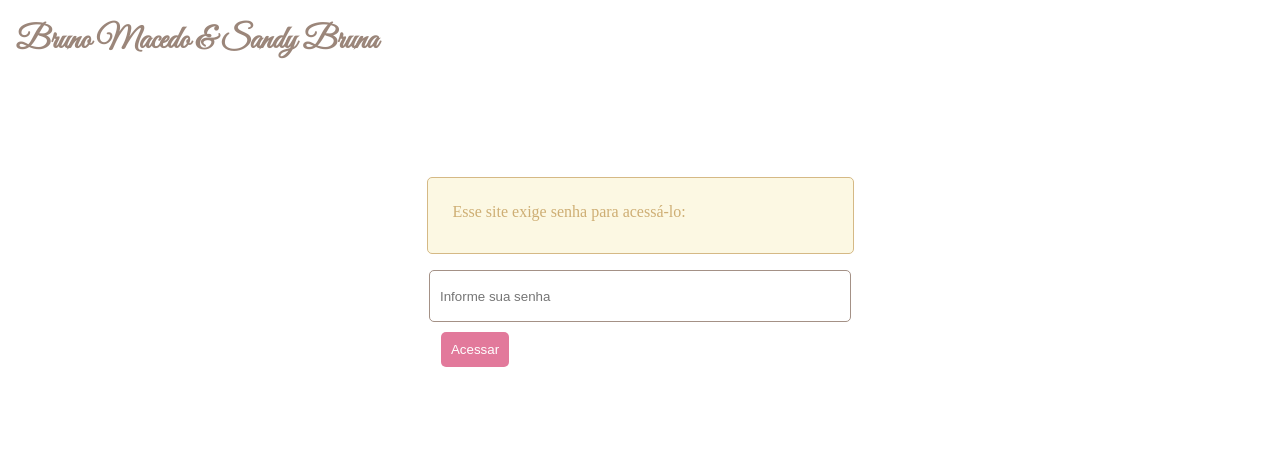
Repository: FerrazNathan/projetoBruno
Page: /login (app in projeto-bruno/)
The author's editor kept a copy of each file at every save. The page is drawn from the files as they stood at one save, then again after the next save.
The browser window is 1280 px wide. The pictures show the whole page.
Some web fonts or font styles are not loaded; a fallback is used. The project was rebuilt for these pictures with package versions that can differ from the ones it lists, and the page was loaded fresh each time. The framework's server and built-in components were replaced by stand-ins that run in the browser. Also part of the build but not shown: projeto-bruno/next.config.js.

Above is the page before, as saved 2022-03-16 12:43:07.

After the next save:
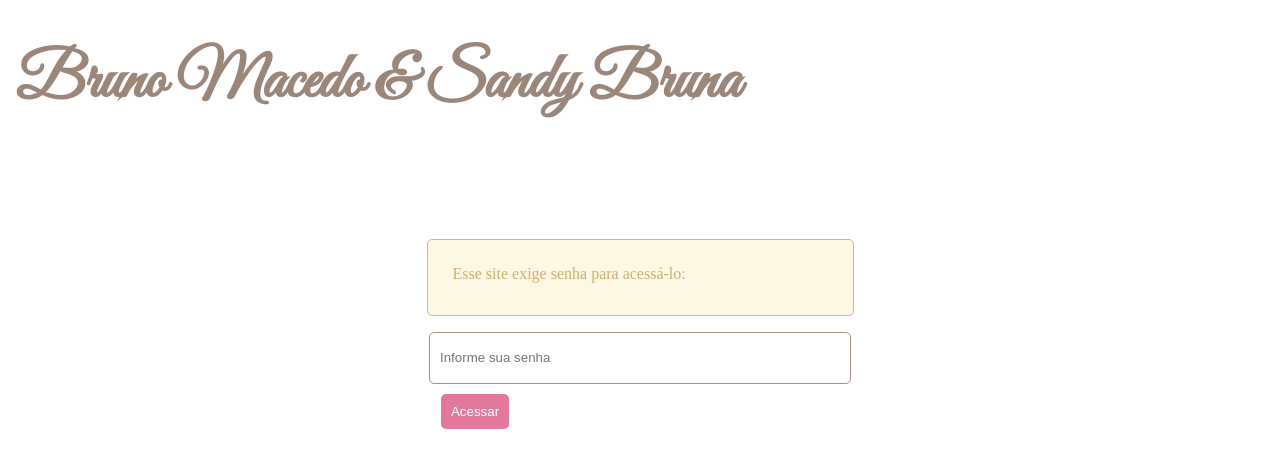
Saved 50 s later.
--- a/projeto-bruno/styles/styleLogin.js
+++ b/projeto-bruno/styles/styleLogin.js
@@ -11,4 +11,5 @@ export const Box = styled.div`
 export const Title = styled.h1`
   font-family: 'Great Vibes', cursive;
   color: #9b867a;
+  font-size: 64px;
 `
